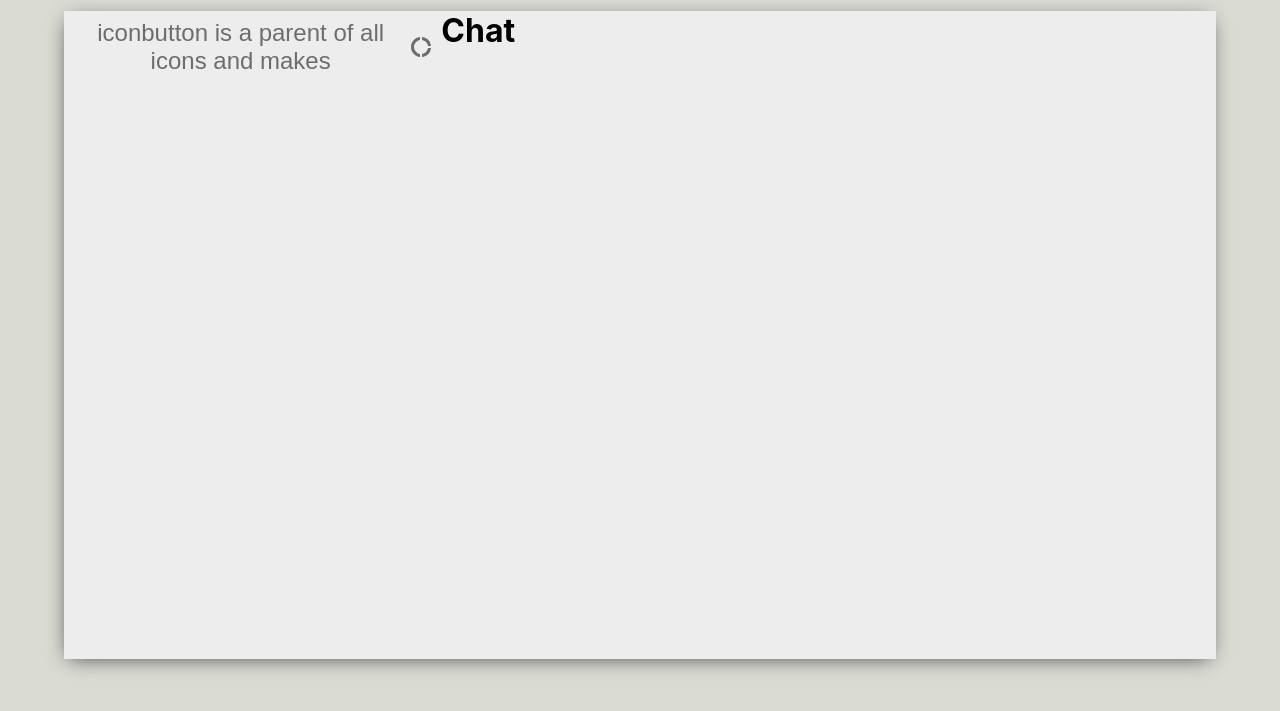
Repository: nadavmza/whatsapp-mern
Page: /
The author's editor kept a copy of each file at every save. The page is drawn from the files as they stood at one save, then again after a run of saves.
The browser window is 1280 px wide. The pictures show the whole page.
The project was rebuilt for these pictures with package versions that can differ from the ones it lists, and the page was loaded fresh each time. Also part of the build but not shown: src/Chat.css.

Above is the page before, as saved 2021-12-22 00:20:26.

After the next 3 saves:
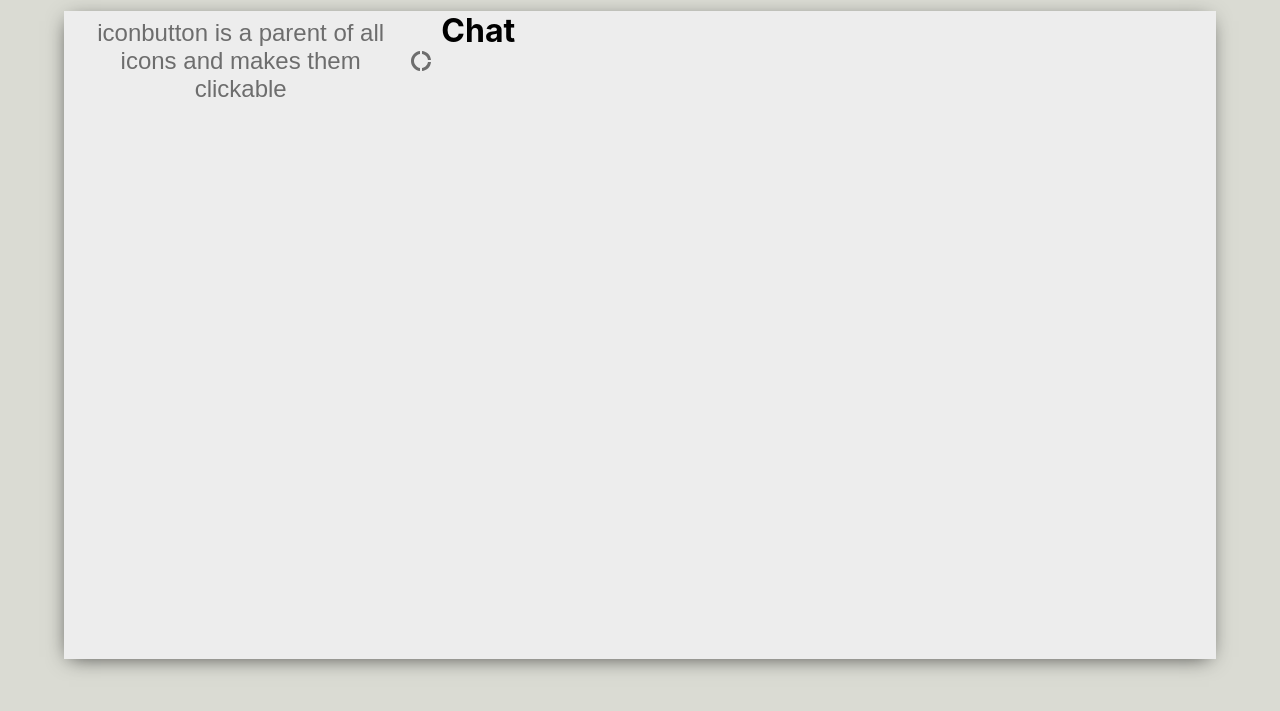
The 3 saves are shown as one change because they came seconds apart.
The last was saved 8 s later.
--- a/src/Sidebar.js
+++ b/src/Sidebar.js
@@ -9,7 +9,8 @@ function Sidebar() {
                 <div className="sidebar_headerRight">
                     <IconButton>
                         iconbutton is a parent of
-                        all icons and makes
+                        all icons and makes them
+                        clickable
                         <DonutLargeIcon/>
                     </IconButton>
                 </div>
